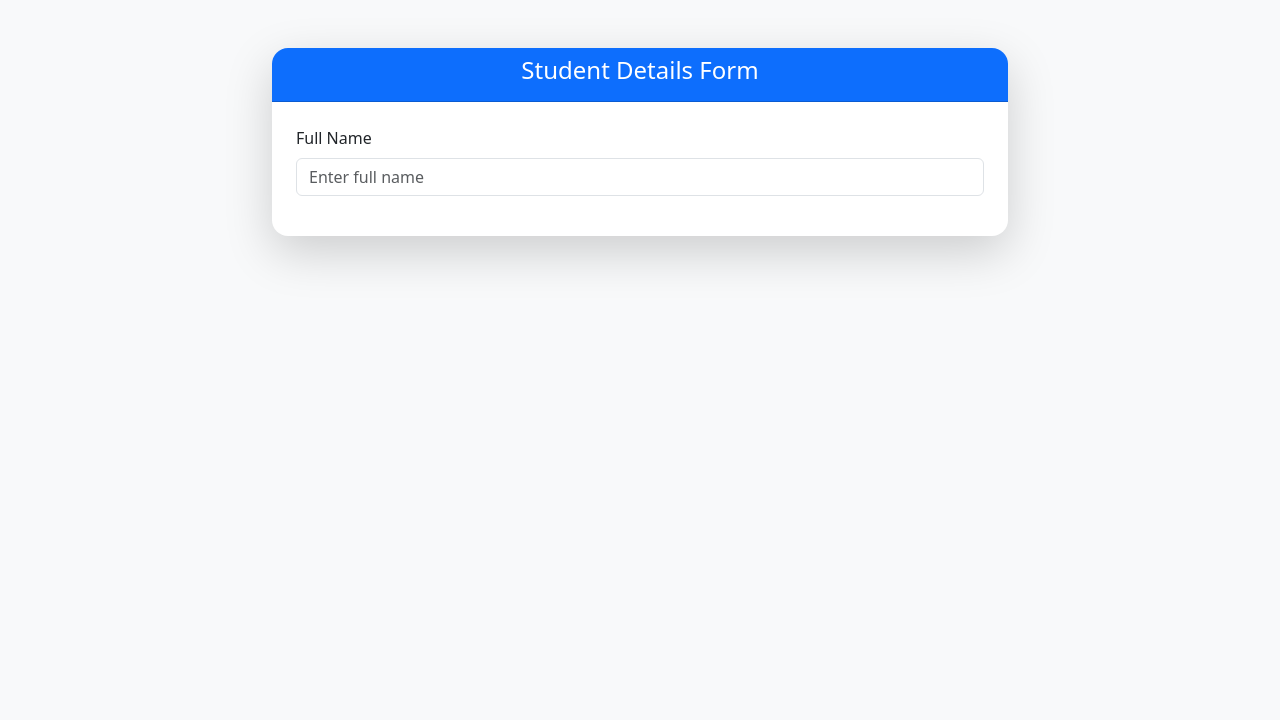
Repository: YashKachaRK/JAVA_CODE_SEM_6
Page: FIRSTPROJECT/src/main/webapp/i.html
The author's editor kept a copy of each file at every save. The page is drawn from the files as they stood at one save, then again after the next save.
The browser window is 1280 px wide. The pictures show the whole page.

Above is the page before, as saved 2025-12-19 05:19:25.

After the next save:
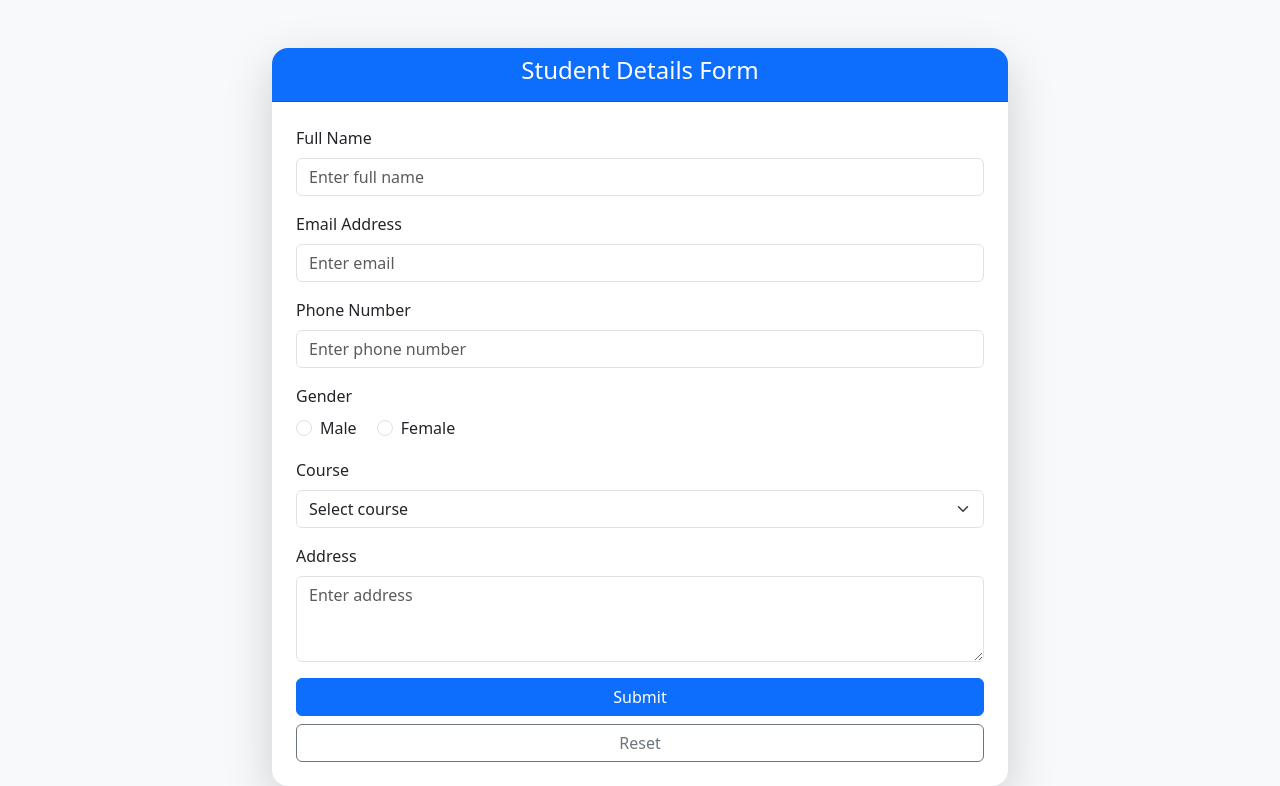
Saved 25 s later.
--- a/FIRSTPROJECT/src/main/webapp/i.html
+++ b/FIRSTPROJECT/src/main/webapp/i.html
@@ -24,10 +24,57 @@
                         <!-- Full Name -->
                         <div class="mb-3">
                             <label class="form-label">Full Name</label>
-                            <input type="text" name="sname" class="form-control" placeholder="Enter full name">
+                            <input type="text"  name="sname" class="form-control" placeholder="Enter full name">
                         </div>
 
+                        <!-- Email -->
+                        <div class="mb-3">
+                            <label class="form-label">Email Address</label>
+                            <input type="email" class="form-control" placeholder="Enter email">
+                        </div>
 
+                        <!-- Phone -->
+                        <div class="mb-3">
+                            <label class="form-label">Phone Number</label>
+                            <input type="tel" class="form-control" placeholder="Enter phone number">
+                        </div>
+
+                        <!-- Gender -->
+                        <div class="mb-3">
+                            <label class="form-label d-block">Gender</label>
+                            <div class="form-check form-check-inline">
+                                <input class="form-check-input" type="radio" name="gender">
+                                <label class="form-check-label">Male</label>
+                            </div>
+                            <div class="form-check form-check-inline">
+                                <input class="form-check-input" type="radio" name="gender">
+                                <label class="form-check-label">Female</label>
+                            </div>
+                        </div>
+
+                        <!-- Course -->
+                        <div class="mb-3">
+                            <label class="form-label">Course</label>
+                            <select class="form-select">
+                                <option selected>Select course</option>
+                                <option>Computer Science</option>
+                                <option>Information Technology</option>
+                                <option>Electronics</option>
+                                <option>Mechanical</option>
+                            </select>
+                        </div>
+
+                        <!-- Address -->
+                        <div class="mb-3">
+                            <label class="form-label">Address</label>
+                            <textarea class="form-control" rows="3" placeholder="Enter address"></textarea>
+                        </div>
+
+                        <!-- Buttons -->
+                        <div class="d-grid gap-2">
+                            <button type="submit" class="btn btn-primary">Submit</button>
+                            <button type="reset" class="btn btn-outline-secondary">Reset</button>
+                        </div>
                     </form>
 
                 </div>
